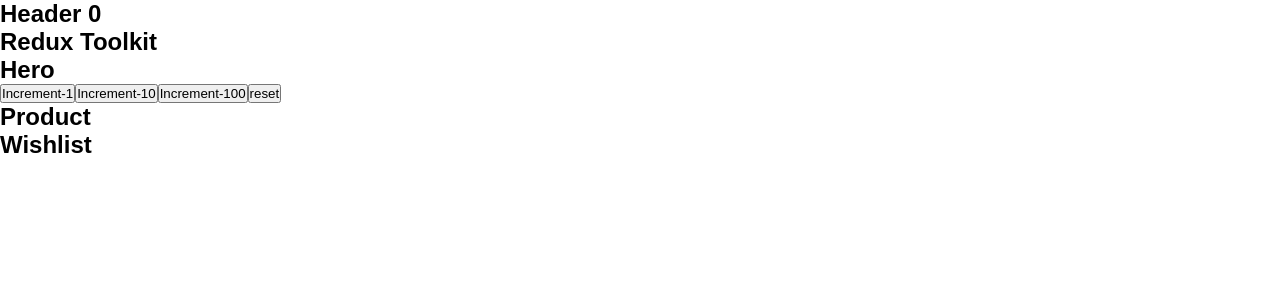
Repository: SitoraRashidova/userCrudFront
Page: /
These files come from the project's save history. The page is drawn as it stood at one moment and after a run of saves; the edit follows.
The browser window is 1280 px wide. The pictures show the whole page.
The project was rebuilt for these pictures with package versions that can differ from the ones it lists, and the page was loaded fresh each time. Also part of the build but not shown: vite.config.js.

Above is the page before, as saved 2024-12-09 23:38:15.

After the next 2 saves:
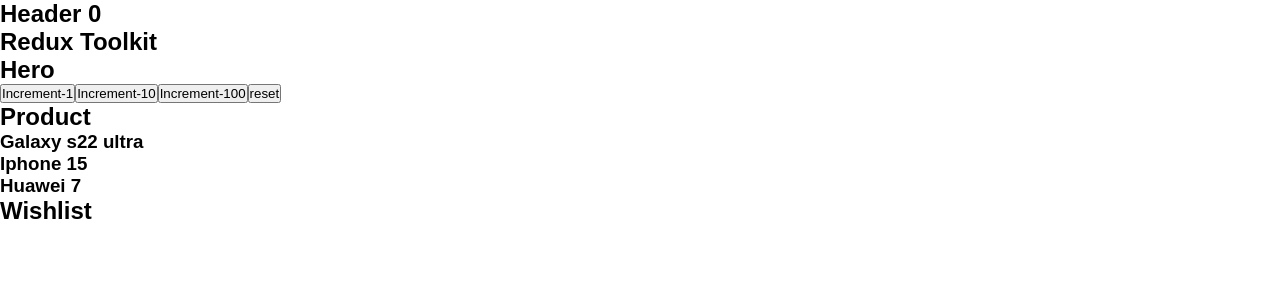
The 2 saves are shown as one change because they came seconds apart.
The last was saved 14 s later.
--- a/src/components/Product.jsx
+++ b/src/components/Product.jsx
@@ -24,7 +24,7 @@
       {
       DATA?.map((item) => (
         <div key={item.id}>
-            <h3></h3>
+            <h3>{item.title}</h3>
         </div>
       ))
     }
